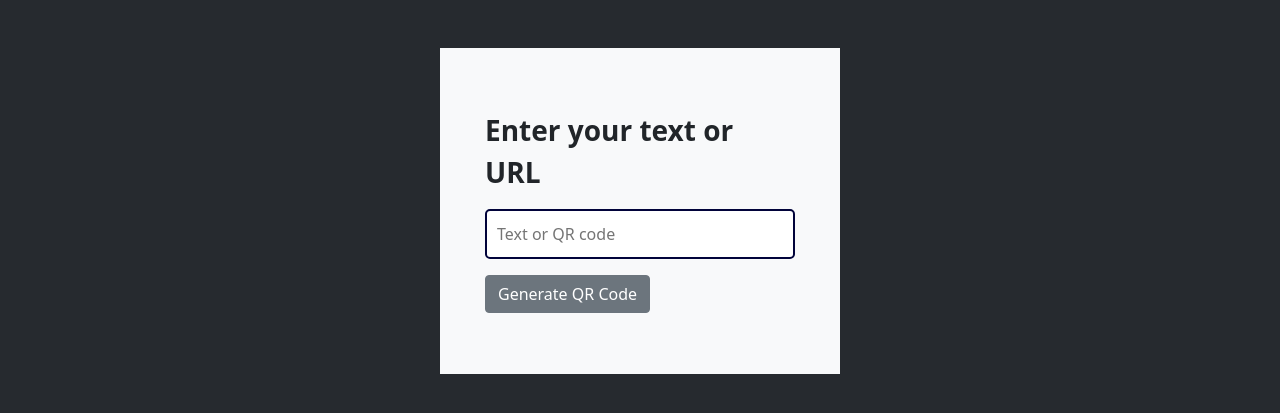
Repository: zeinawady/Qr-Code-Generator-App
Page: index.html
These files come from the project's save history. The page is drawn as it stood at one moment and after a run of saves; the edit follows.
The browser window is 1280 px wide. The pictures show the whole page.

Above is the page before, as saved 2024-10-30 00:31:31.

### index.html
<!DOCTYPE html>
<html lang="en">
<head>
    <meta charset="UTF-8">
    <meta name="viewport" content="width=device-width, initial-scale=1.0">
    <title>Qr code generator</title>
    <link rel="stylesheet" href="css/bootstrap.min.css.map">
    <link rel="stylesheet" href="css/bootstrap.min.css">
    <link rel="stylesheet" href="css/style.css">
</head>
<body>
    <div class="container  d-flex justify-content-center align-items-center bg-light mt-5">
   <div class="qr-container">
<p class="my-3 fw-bold fs-3">Enter your text or URL</p>
<input type="text" placeholder="Text or QR code">
<button class="btn btn-secondary my-3 text-center">Generate QR Code</button>
   </div>
</div>

    <script src="js/bootstrap.bundle.min.js"></script>
    <script src="js/bootstrap.bundle.min.js.map"></script>
<script src="js/script.js"></script>
</body>
</html>

### css/style.css
body{
    background-color:#262a2f ;
}
.container{
    max-width: 400px;
   padding: 45px;
}
input{
    width: 100%;
    height: 50px;
    border: 2px solid #01033a;
    outline: none;
    padding: 10px;
   border-radius: 5px;


}

Loaded but not shown: css/bootstrap.min.css (library); js/bootstrap.bundle.min.js (library); js/script.js (no copy from this time; the picture is the same without it)

After the next 2 saves:
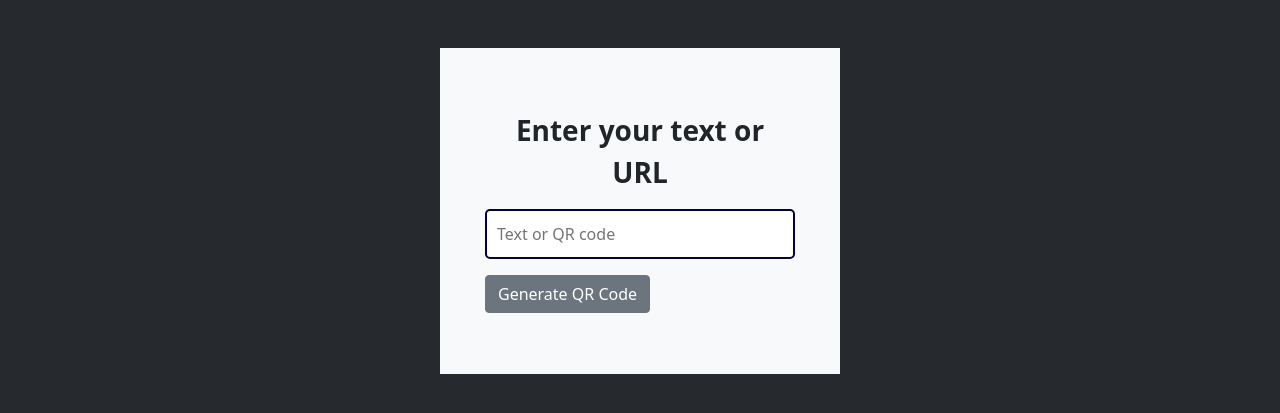
The 2 saves are shown as one change because they came seconds apart.
The last was saved 9 s later.
--- a/index.html
+++ b/index.html
@@ -11,9 +11,9 @@
 <body>
     <div class="container  d-flex justify-content-center align-items-center bg-light mt-5">
    <div class="qr-container">
-<p class="my-3 fw-bold fs-3">Enter your text or URL</p>
+<p class="my-3 fw-bold fs-3 text-center">Enter your text or URL</p>
 <input type="text" placeholder="Text or QR code">
-<button class="btn btn-secondary my-3 text-center">Generate QR Code</button>
+<button class="btn btn-secondary my-3 ">Generate QR Code</button>
    </div>
 </div>
 
